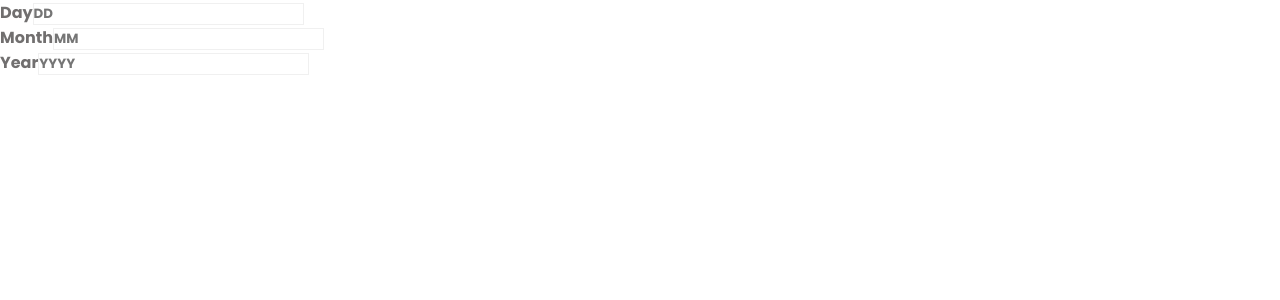
Repository: blordeus/age-calculator-app
Page: /
The author's editor kept a copy of each file at every save. The page is drawn from the files as they stood at one save, then again after the next save.
The browser window is 1280 px wide. The pictures show the whole page.
The project was rebuilt for these pictures with package versions that can differ from the ones it lists, and the page was loaded fresh each time.

Above is the page before, as saved 2023-08-23 15:14:59.

### src/App.js
 import { useState } from "react";
 import "./style.css";

const App = () => {
  const [formData, setFormData] = useState({
    day: "",
    month: "",
    year: "",
  });

  const [formErrors, setFormErrors] = useState({
    day: "",
    month: "",
    year: "",
    generic: "",
  });

  const [output, setOutput] = useState({
    days: "",
    months: "",
    years: "",
  });

  const hasErrors = formErrors.day || formErrors.month || formErrors.year || formErrors.generic;

  return (
    <div className="card-container">
      <div className="inputs-container">
      <div className="input-label-container">
        <label htmlFor="day" style={{
          color: hasErrors ? "hsl(0,100%,67%)" : "hsl(0,1%,44%)",
        }}>Day</label>
        <input
        type="number"
        id="day"
        placeholder="DD"
        min={1}
        value={formData.day}
        style={{
          border: hasErrors
          ? '1px solid hsl(0,100%,67%)'
          : '1px solid hsl(0,0%,94%)'
        }}
        onChange={(e) =>
        setFormData((prevState) => ({...prevState, day:e.target.value}))}
        />
        {formErrors.day && <p className="error">{formErrors.day}</p>}
      </div>

      <div className="input-label-container">
        <label htmlFor="month" style={{
          color: hasErrors ? "hsl(0,100%,67%)" : "hsl(0,1%,44%)",
        }}>Month</label>
        <input
        type="number"
        id="day"
        placeholder="MM"
        min={1}
        value={formData.month}
        style={{
          border: hasErrors
          ? '1px solid hsl(0,100%,67%)'
          : '1px solid hsl(0,0%,94%)'
        }}
        onChange={(e) =>
        setFormData((prevState) => ({...prevState, month:e.target.value}))}
        />
        {formErrors.month && <p className="error">{formErrors.month}</p>}
      </div>

      <div className="input-label-container">
        <label htmlFor="year" style={{
          color: hasErrors ? "hsl(0,100%,67%)" : "hsl(0,1%,44%)",
        }}>Year</label>
        <input
        type="number"
        id="year"
        placeholder="YYYY"
        min={1}
        value={formData.year}
        style={{
          border: hasErrors
          ? '1px solid hsl(0,100%,67%)'
          : '1px solid hsl(0,0%,94%)'
        }}
        onChange={(e) =>
        setFormData((prevState) => ({...prevState, year:e.target.value}))}
        />
        {formErrors.year && <p className="error">{formErrors.year}</p>}
      </div>
    </div>

    {formErrors.generic && (
      <p className="error generic">{formErrors.generic}</p>
    )}


    </div>
  );
};

export default App;

### src/style.css
@import url("https://fonts.googleapis.com/css2?family=Poppins:ital,wght@0,700;1,400;1,800&display=swap");

* {
  box-sizing: border-box;
  margin: 0;
  padding: 0;
  font-family: "Poppins", sans-serif;
}

:root {
  --Purple: hsl(259, 100%, 65%);
  --Light-red: hsl(0, 100%, 67%);
  --White: hsl(0, 0%, 100%);
  --Off-white: hsl(0, 0%, 94%);
  --Light-grey: hsl(0, 0%, 86%);
  --Smokey-grey: hsl(0, 1%, 44%);
  --Off-black: hsl(0, 0%, 8%);
}

Loaded but not shown: src/index.js (common file)

After the next save:
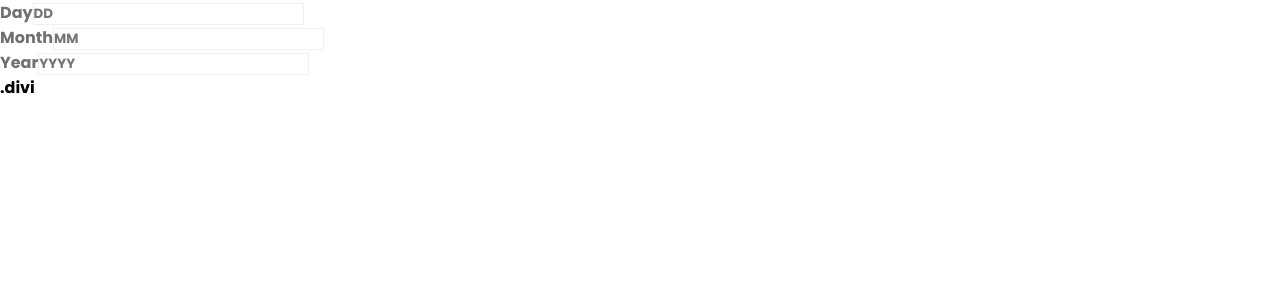
Saved 12 s later.
--- a/src/App.js
+++ b/src/App.js
@@ -94,7 +94,7 @@ const App = () => {
       <p className="error generic">{formErrors.generic}</p>
     )}
 
-
+    .divi
     </div>
   );
 };
